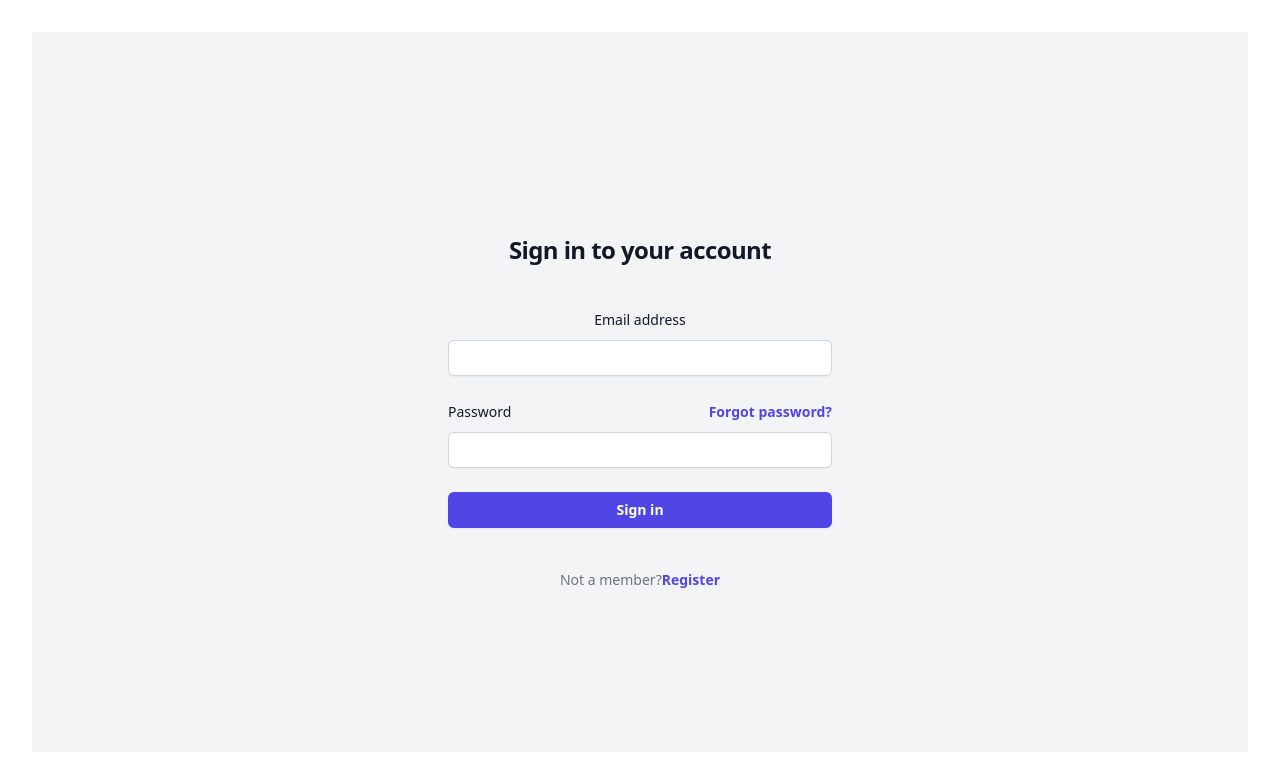
Repository: Wafaabahgat/Formik_React
Page: /
An editor plug-in stored every save of this project. The page is shown before and after the next save, followed by the edit.
The browser window is 1280 px wide. The pictures show the whole page.
The project was rebuilt for these pictures with package versions that can differ from the ones it lists, and the page was loaded fresh each time. Also part of the build but not shown: vite.config.ts.

Above is the page before, as saved 2024-02-13 20:53:31.

### src/App.tsx
// App.tsx
import React from "react";
import RegistrationForm from "./components/RegistrationForm";
import "./App.css";

const App: React.FC = () => {
  return (
    <div className="min-h-screen flex items-center justify-center bg-gray-100">
      <RegistrationForm />
    </div>
  );
};

export default App;

### src/components/RegistrationForm.jsx
// RegistrationForm.js
import React from "react";
// import { useFormik } from "formik";
// import * as Yup from "yup";

const RegistrationForm = () => {
  // const formik = useFormik({
  // initialValues: {
  // username: "",
  // password: "",
  // email: "",
  // },
  // validationSchema: Yup.object({
  // username: Yup.string()
  // .min(8, "Username must be at least 8 characters")
  // .max(20, "Username must be at most 20 characters")
  // .required("Username is required"),
  // password: Yup.string()
  // .min(8, "Password must be at least 8 characters")
  // .max(20, "Password must be at most 20 characters")
  // .matches(
  // /^(?=.*\d)(?=.*[a-z])(?=.*[A-Z])(?=.*[@#$%]).*$/,
  // "Password must meet the criteria"
  // )
  // .required("Password is required"),
  // email: Yup.string()
  // .email("Invalid email address")
  // .required("Email is required"),
  // }),
  // onSubmit: (values) => {
  // Handle form submission
  // console.log(values);
  // },
  // });

  return (
    <div className="flex min-h-full flex-1 flex-col justify-center px-6 py-12 lg:px-8">
      <div className="sm:mx-auto sm:w-full sm:max-w-sm">
        <h2 className="mt-10 text-center text-2xl font-bold leading-9 tracking-tight text-gray-900">
          Sign in to your account
        </h2>
      </div>

      <div className="mt-10 sm:mx-auto sm:w-full sm:max-w-sm">
        <form className="space-y-6" action="#" method="POST">
          <div>
            <label
              htmlFor="email"
              className="block text-sm font-medium leading-6 text-gray-900"
            >
              Email address
            </label>
            <div className="mt-2">
              <input
                id="email"
                name="email"
                type="email"
                autoComplete="email"
                required
                className="block w-full rounded-md border-0 py-1.5 text-gray-900 shadow-sm ring-1 ring-inset ring-gray-300 placeholder:text-gray-400 focus:ring-2 focus:ring-inset focus:ring-indigo-600 sm:text-sm sm:leading-6"
              />
            </div>
          </div>

          <div>
            <div className="flex items-center justify-between">
              <label
                htmlFor="password"
                className="block text-sm font-medium leading-6 text-gray-900"
              >
                Password
              </label>
              <div className="text-sm">
                <a
                  href="#"
                  className="font-semibold text-indigo-600 hover:text-indigo-500"
                >
                  Forgot password?
                </a>
              </div>
            </div>
            <div className="mt-2">
              <input
                id="password"
                name="password"
                type="password"
                autoComplete="current-password"
                required
                className="block w-full rounded-md border-0 py-1.5 text-gray-900 shadow-sm ring-1 ring-inset ring-gray-300 placeholder:text-gray-400 focus:ring-2 focus:ring-inset focus:ring-indigo-600 sm:text-sm sm:leading-6"
              />
            </div>
          </div>

          <div>
            <button
              type="submit"
              className="flex w-full justify-center rounded-md bg-indigo-600 px-3 py-1.5 text-sm font-semibold leading-6 text-white shadow-sm hover:bg-indigo-500 focus-visible:outline focus-visible:outline-2 focus-visible:outline-offset-2 focus-visible:outline-indigo-600"
            >
              Sign in
            </button>
          </div>
        </form>

        <p className="mt-10 text-center text-sm text-gray-500">
          Not a member?
          <a
            href="#"
            className="font-semibold leading-6 text-indigo-600 hover:text-indigo-500"
          >
            Register
          </a>
        </p>
      </div>
    </div>
  );
};

export default RegistrationForm;

Loaded but not shown: index.html (common file); src/main.tsx (common file); src/App.css (common file); tailwind.config.js (common file)

After the next save:
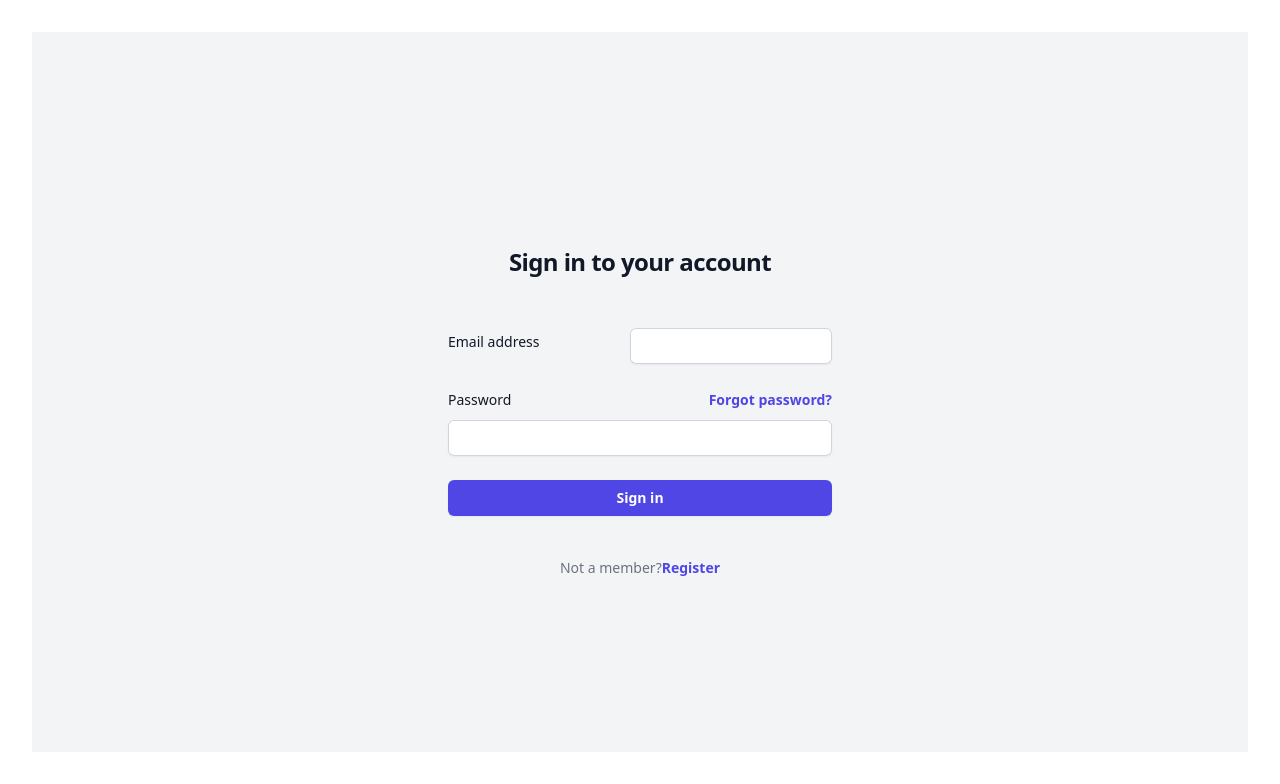
Saved 37 s later.
--- a/src/components/RegistrationForm.jsx
+++ b/src/components/RegistrationForm.jsx
@@ -43,7 +43,7 @@
 
       <div className="mt-10 sm:mx-auto sm:w-full sm:max-w-sm">
         <form className="space-y-6" action="#" method="POST">
-          <div>
+        <div className="flex items-center justify-between">
             <label
               htmlFor="email"
               className="block text-sm font-medium leading-6 text-gray-900"

After the 2 saves that followed:
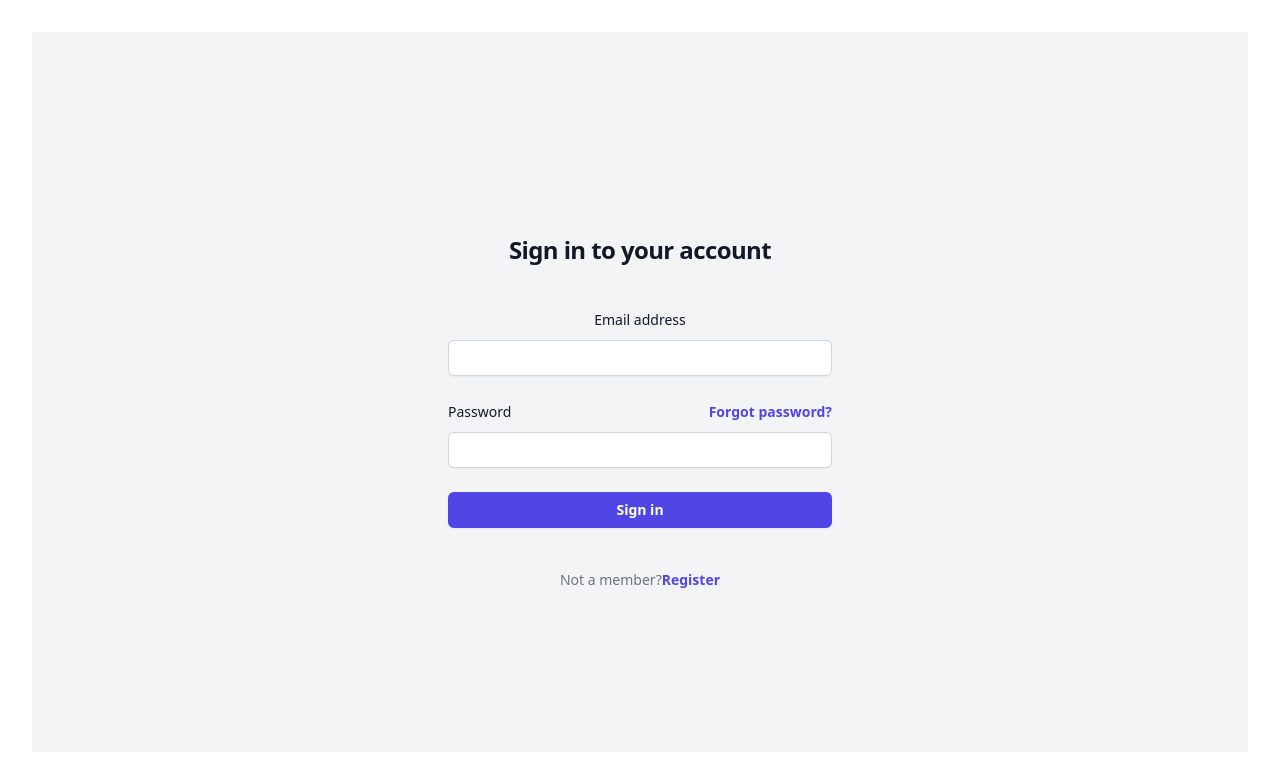
The 2 saves are shown as one change because they came seconds apart.
The last was saved 7 s later.
--- a/src/components/RegistrationForm.jsx
+++ b/src/components/RegistrationForm.jsx
@@ -43,7 +43,7 @@
 
       <div className="mt-10 sm:mx-auto sm:w-full sm:max-w-sm">
         <form className="space-y-6" action="#" method="POST">
-        <div className="flex items-center justify-between">
+          <div>
             <label
               htmlFor="email"
               className="block text-sm font-medium leading-6 text-gray-900"
